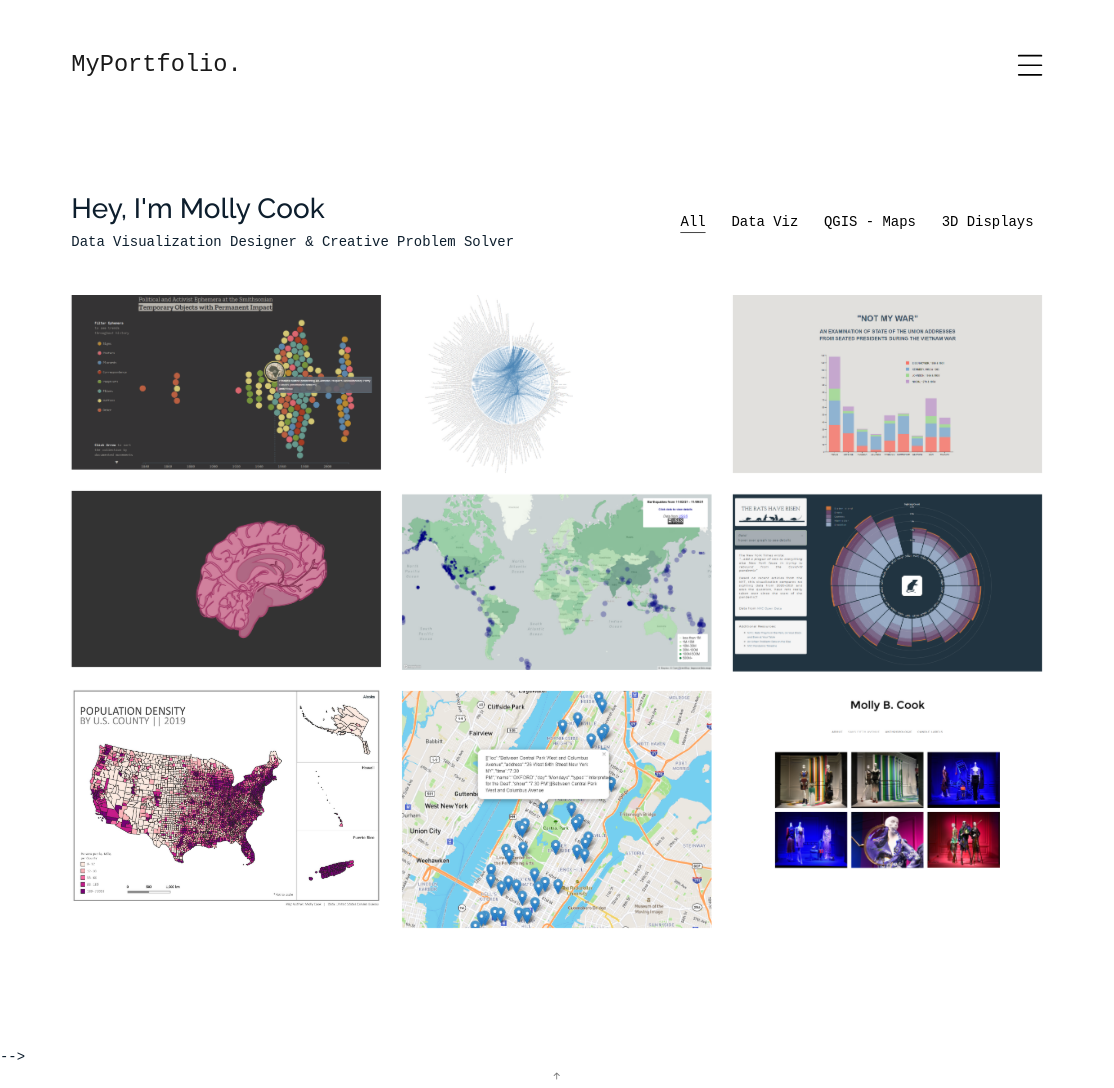
Repository: m0llyc00k/portfolio-2
Page: index.html
The author's editor kept a record of every edit. The page is drawn from the files as they stood at one moment, then again after the next edit.
The browser window is 1280 px wide. The pictures show the whole page, at 87% of full size.
Some web fonts or font styles are not loaded; a fallback is used.

Above is the page before.

After the next edit:
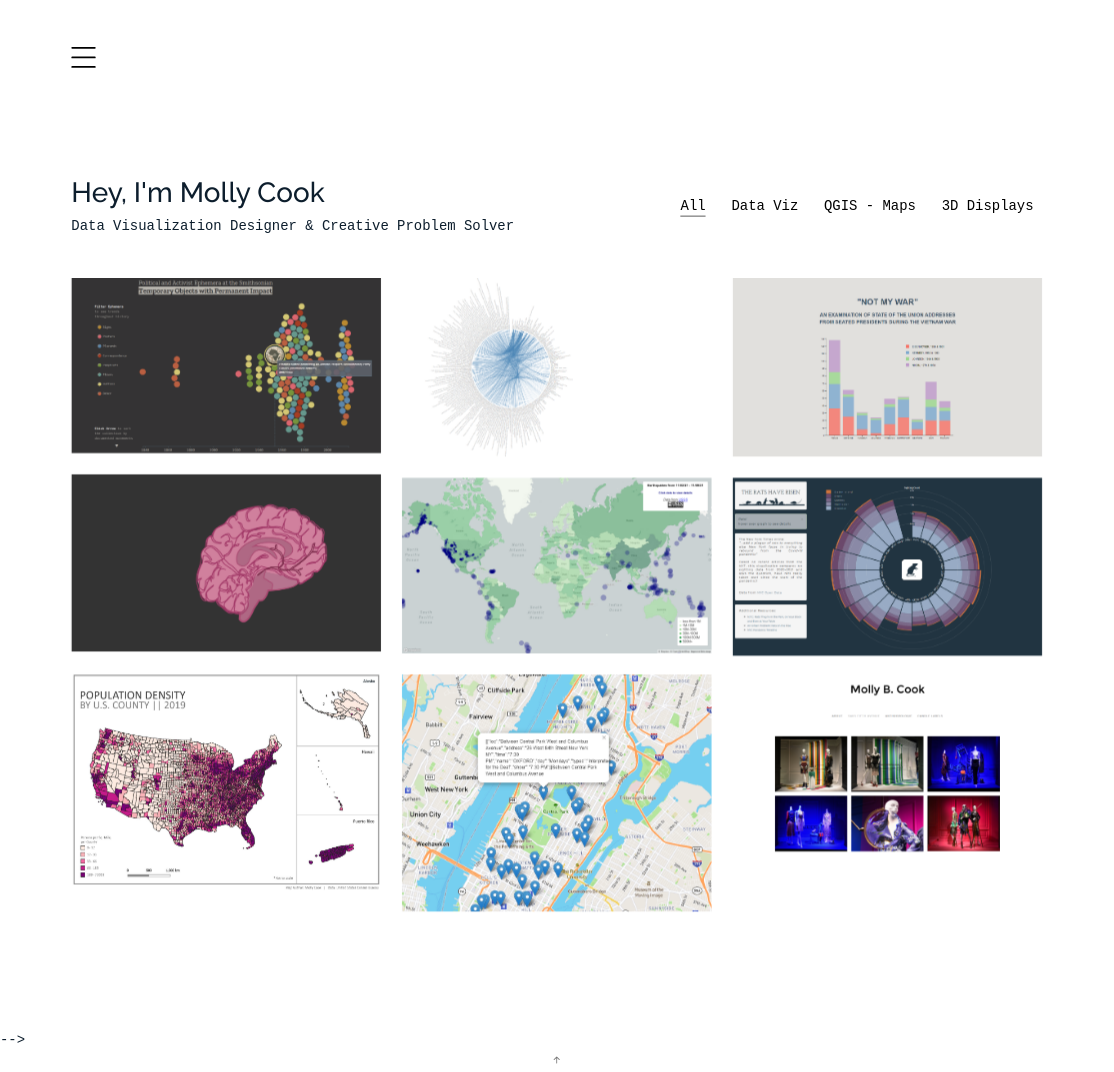
The edit:
--- a/index.html
+++ b/index.html
@@ -66,7 +66,7 @@
 
   <nav class="navbar navbar-light custom-navbar">
     <div class="container">
-      <a class="navbar-brand" href="index.html">MyPortfolio.</a>
+      <!--<a class="navbar-brand" href="index.html">MyPortfolio.</a>-->
       <a href="#" class="burger" data-bs-toggle="collapse" data-bs-target="#main-navbar">
         <span></span>
       </a>
